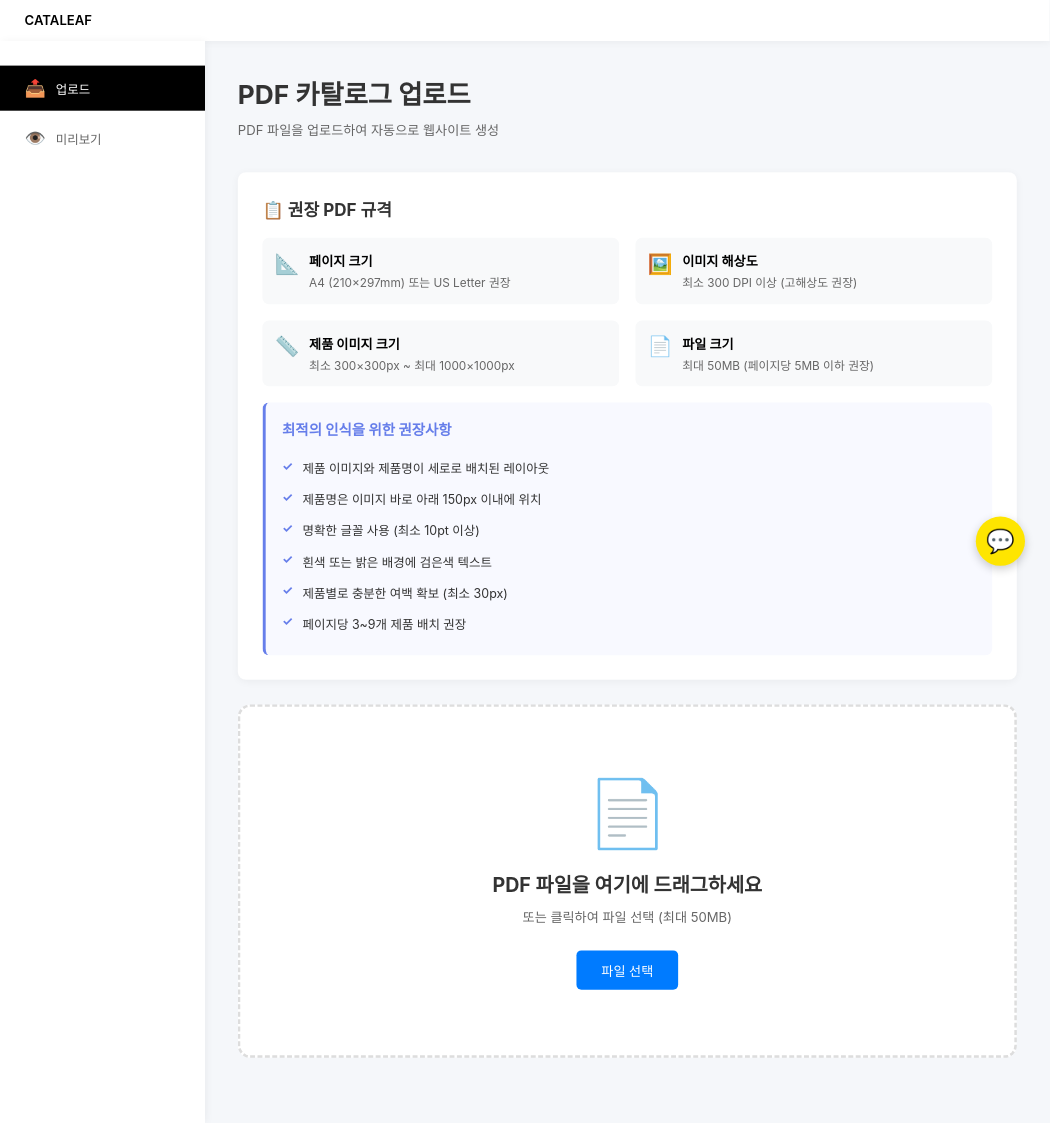
Repository: ororso11/catamaster
Page: frontend/public/dashboard.html
The author's editor kept a copy of each file at every save. The page is drawn from the files as they stood at one save, then again after a run of saves.
The browser window is 1280 px wide. The pictures show the whole page, at 82% of full size.

Above is the page before, as saved 2025-10-05 20:14:07.
Console error: TypeError: Cannot read properties of null (reading 'addEventListener')

After the next 2 saves:
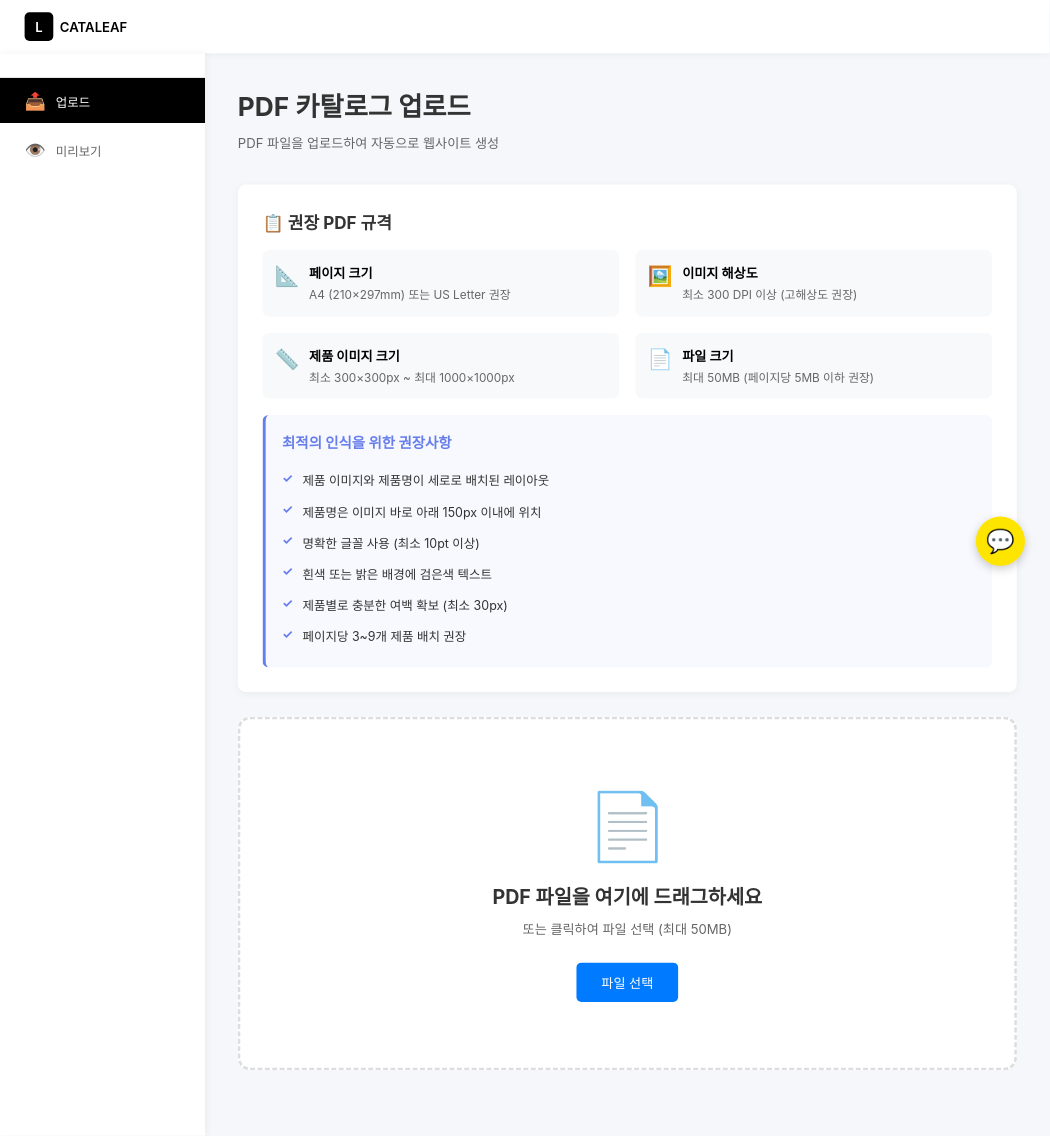
The 2 saves are shown as one change because they came seconds apart.
The last was saved 5 min 13 s later.
--- a/frontend/public/dashboard.html
+++ b/frontend/public/dashboard.html
@@ -13,7 +13,7 @@
     <header>
         <div class="header-container">
             <div class="logo">
-                <!-- <div class="logo-icon">L</div> -->
+                <div class="logo-icon">L</div>
                 <span>CATALEAF</span>
             </div>
         </div>
